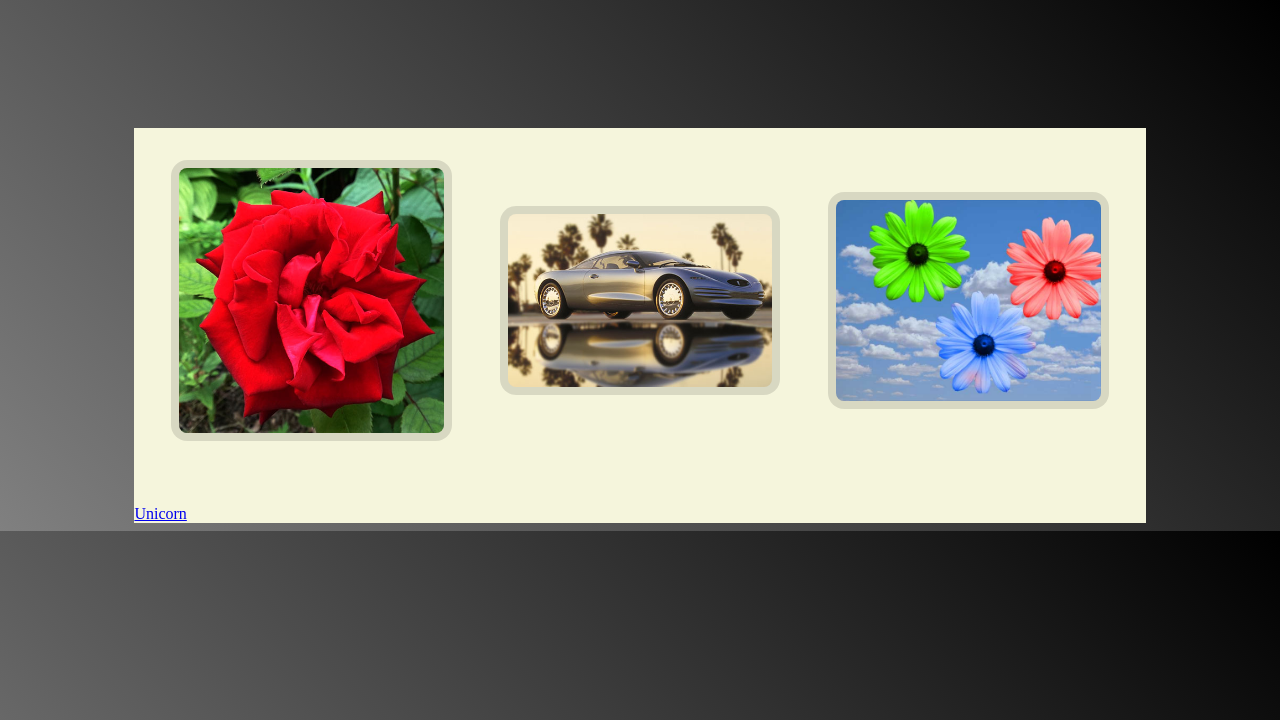
Repository: ViggoSkj/VGY
Page: ovningar/photoshopovning/photoshopovning.html
The author's editor kept a copy of each file at every save. The page is drawn from the files as they stood at one save, then again after the next save.
The browser window is 1280 px wide. The pictures show the whole page.

Above is the page before, as saved 2022-11-27 12:10:34.

After the next save:
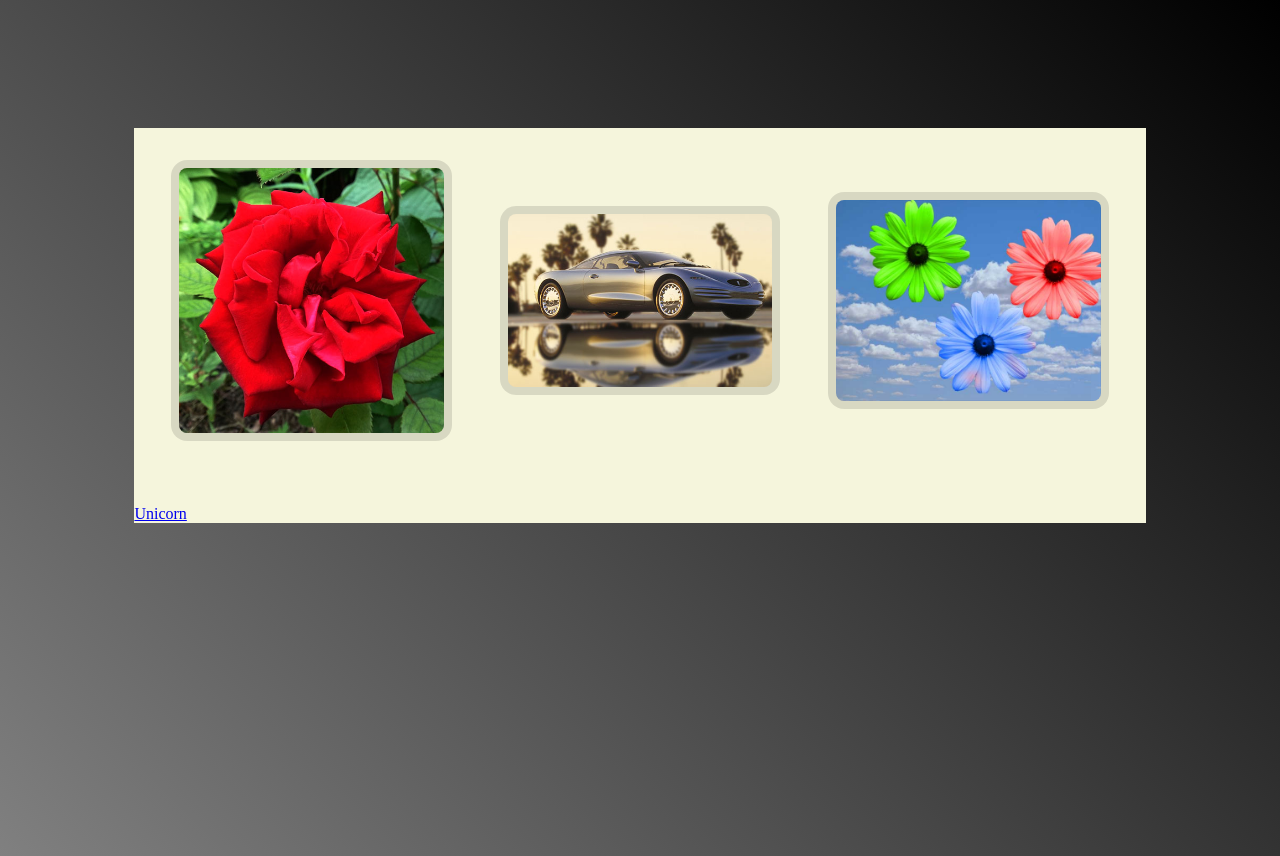
Saved 9 s later.
--- a/ovningar/photoshopovning/public/css/style.css
+++ b/ovningar/photoshopovning/public/css/style.css
@@ -1,7 +1,7 @@
 body
 {
     background-image: linear-gradient(45deg, gray, black);
-    background-repeat: 0;
+    height: 100vh;
 }
 
 .container
